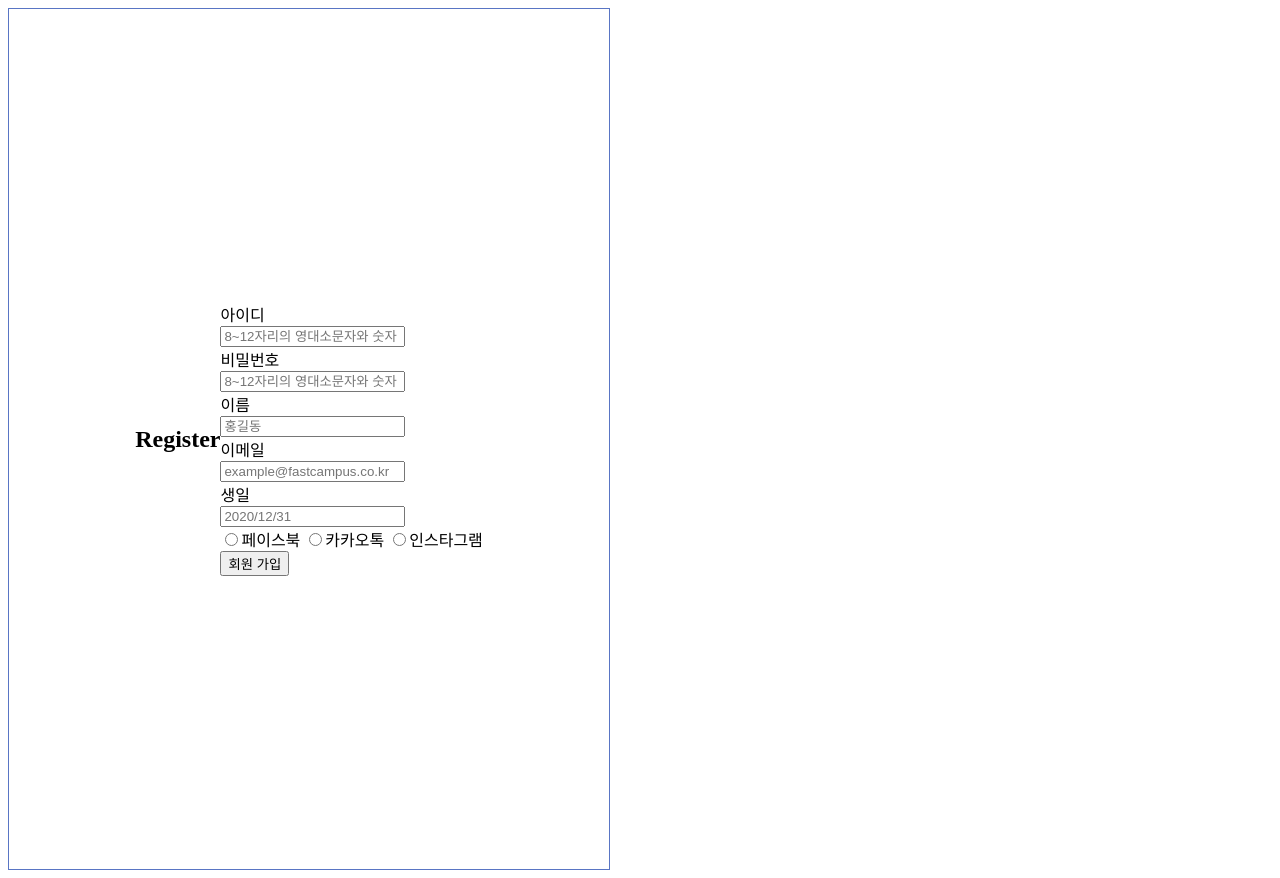
Repository: ksj2001/SpringBasic2024
Page: http://localhost/MVC_join/
An editor plug-in stored every save of this project. The page is shown before and after the next save, followed by the edit.
The browser window is 1280 px wide. The pictures show the whole page.
The page is served by Tomcat 9.

Above is the page before, as saved 2024-07-02 14:18:37.

After the next save:
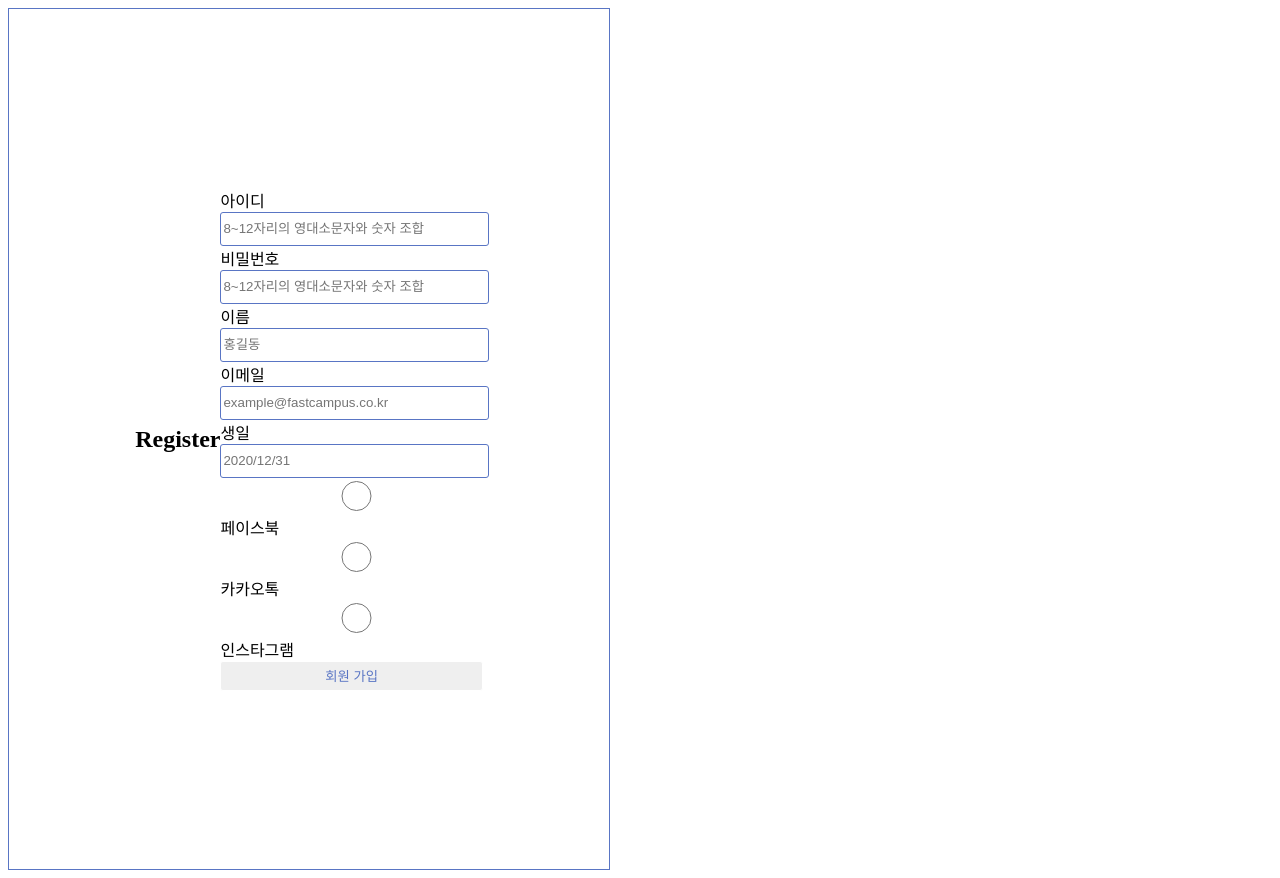
Saved 32 min 35 s later.
--- a/MVC_join/src/main/webapp/WEB-INF/views/index.jsp
+++ b/MVC_join/src/main/webapp/WEB-INF/views/index.jsp
@@ -14,6 +14,16 @@
 		height: 800px;
 		border: 1px solid #5975C4;
 		padding: 30px 50px;
+	}
+	input{
+		width: 100%;
+		height: 30px;
+		border: 1px solid #5975C4;
+		border-radius: 3px;
+	}
+	input[type=submit]{
+		border-color: white;
+		color: #5975C4;
 	}
 </style>
 </head>
